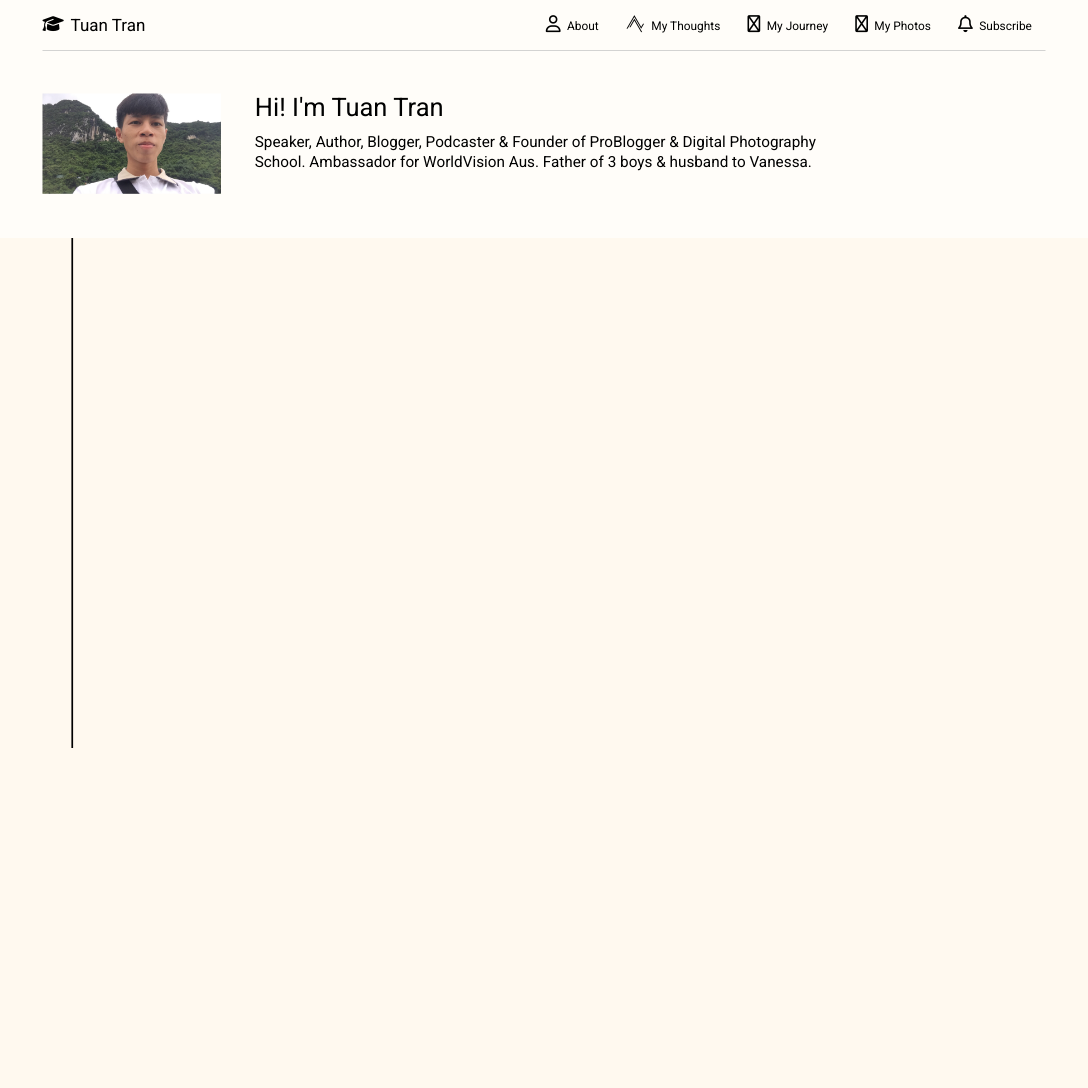
Repository: TranDinhTuann/Blog-Demo
Page: index.html
These files come from the project's save history. The page is drawn as it stood at one moment and after the next save; the edit follows.
The browser window is 1280 px wide. The pictures show the whole page, at 85% of full size.

Above is the page before, as saved 2023-03-22 20:12:36.

### index.html
<!DOCTYPE html>
<html lang="en">
<head>
    <meta charset="UTF-8">
    <meta http-equiv="X-UA-Compatible" content="IE=edge">
    <meta name="viewport" content="width=device-width, initial-scale=1.0">
    <title>Blog của Tuấn</title>
    <link rel="stylesheet" href="./assets/css/base.css">
    <link rel="stylesheet" href="./assets/css/main.css">
    <link rel="stylesheet" href="https://cdnjs.cloudflare.com/ajax/libs/normalize/8.0.1/normalize.min.css">
    <link rel="stylesheet" href="./assets/fonts/fontawesome-free-6.2.1-web/css/all.min.css">
    <link rel="preconnect" href="https://fonts.googleapis.com"><link rel="preconnect" href="https://fonts.gstatic.com" crossorigin><link href="https://fonts.googleapis.com/css2?family=Roboto:wght@300;400;500;700&display=swap" rel="stylesheet">
</head>
<body>
    <div class="app">
        <div class="header">
            <nav class="navbar">
                <a class="navbar__head">
                    <i class="navbar__head-icon fa-solid fa-graduation-cap"></i>
                    <div class="navbar__name">Tuan Tran</div>
                </a>

                <ul class="navbar__list">
                    <li class="navbar__list-item">
                        <a href="" class="navbar__list-item-link">
                            <i class="navbar__list-item-icon fa-regular fa-user"></i>
                            <span class="navbar__list-item-text">About</span>
                        </a>
                    </li>
                    <li class="navbar__list-item">
                        <a href="" class="navbar__list-item-link">
                            <i class="navbar__list-item-icon fa-brands fa-think-peaks"></i>
                            <span class="navbar__list-item-text">My Thoughts</span>
                        </a>
                    </li>
                    <li class="navbar__list-item">
                        <a href="" class="navbar__list-item-link">
                            <i class="navbar__list-item-icon fa-regular fa-location-dot"></i>
                            <span class="navbar__list-item-text">My Journey</span>
                        </a>
                    </li>
                    <li class="navbar__list-item">
                        <a href="" class="navbar__list-item-link">
                            <i class="navbar__list-item-icon fa-sharp fa-regular fa-camera-retro"></i>
                            <span class="navbar__list-item-text">My Photos</span>
                        </a>
                    </li>
                    <li class="navbar__list-item">
                        <a href="" class="navbar__list-item-link">
                            <i class="navbar__list-item-icon fa-regular fa-bell"></i>
                            <span class="navbar__list-item-text">Subscribe</span>
                        </a>
                    </li>
                </ul>
            </nav>

            <div class="intro">
                <div class="intro__img">
                    <img src="./assets/img/logo.JPG" alt="" class="intro__img-image">
                </div>
                <div class="intro__text">
                    <div class="intro__head">Hi! I'm Tuan Tran </div>
                    <div class="intro__des">Speaker, Author, Blogger, Podcaster & Founder of ProBlogger & Digital Photography School. Ambassador for WorldVision Aus. Father of 3 boys & husband to Vanessa.</div>
                </div>
            </div>
        </div>

        <div class="grid">
            <div class="grid1">
                <div class="content">

                </div>

                <div class="sitebar">

                </div>
            </div>
        </div>

        <footer class="footer">

        </footer>
    </div>
</body>
</html>

### assets/css/base.css
:root {
    --white-color: #fff;
    --black-color: #000;
    --text-color: #333;
    --primary-color: #fff9ef;
    --header-primary-color: rgb(255, 253, 249);
}

* {
    box-sizing: inherit;
}

html {
    /* hack */
    font-size: 62.5%;
    line-height: 1.6rem;
    font-family: 'Roboto', sans-serif;
    box-sizing: border-box;
}

@keyframes fadeIn {
    from{
        opacity: 0;
    }
    to{
        opacity: 1;
    }
}

@keyframes growth {
    from{
        transform: calc(0);
    }
    to{
        transform: calc(1);
    }
}

### assets/css/main.css
.app{
    height: 1000px;
    background-color: rgb(255, 253, 249);
}

.header{
    height: 280px;
    margin: 0 50px;
}

.navbar{
    height: 60px;
    border-bottom: 1px solid #ccc;
    display: flex;
    align-items: center;
    justify-content: space-between;
}

.navbar__head-icon {
    font-size: 2rem;
    margin-right: 8px;
}

.navbar__name {
    font-size: 2rem;

}

.navbar__head {
    display: flex;
}

.navbar__head:hover {
    cursor: pointer;
    opacity: 0.5;
}

.navbar__list {
    display: flex;
    list-style: none;
    font-size: 1.4rem;
}

.navbar__list-item {
    padding: 0 16px;
    line-height: 60px;
}

.navbar__list-item:hover {
    cursor: pointer;
    opacity: 0.5;
}

.navbar__list-item-link {
    color: #000;
    text-decoration: none;
}

.navbar__list-item-icon{
    font-size: 2rem;
    padding-right: 4px;
}


.intro {
    display: flex;
    margin-top: 50px;
}

.intro__img {
    width: 30%;
    height: 50px;
}

.intro__img-image {
    width: 100%;
    background-size:cover;
}

.intro__text{
    padding-left: 40px;
}

.intro__head {
    font-size: 3rem;
}

.intro__des {
    font-size: 1.8rem;
    padding: 10px 250px 0 0;
    line-height: 2.4rem;
}


/* Grid */
.grid {
    background-color: rgb(255, 249, 239);
    height: 1000px;
    display: flex;
}
.grid1  {
    margin: 0 84px;
    align-items: center;
}
.content {
    /* width: 60%; */
    border: 1px solid #000;
    height: 600px;
    flex: 2;
}
.sitebar {
    /* width: 40%; */
    flex: 1;
}

Loaded but not shown: assets/fonts/fontawesome-free-6.2.1-web/css/all.min.css (library)

After the next save:
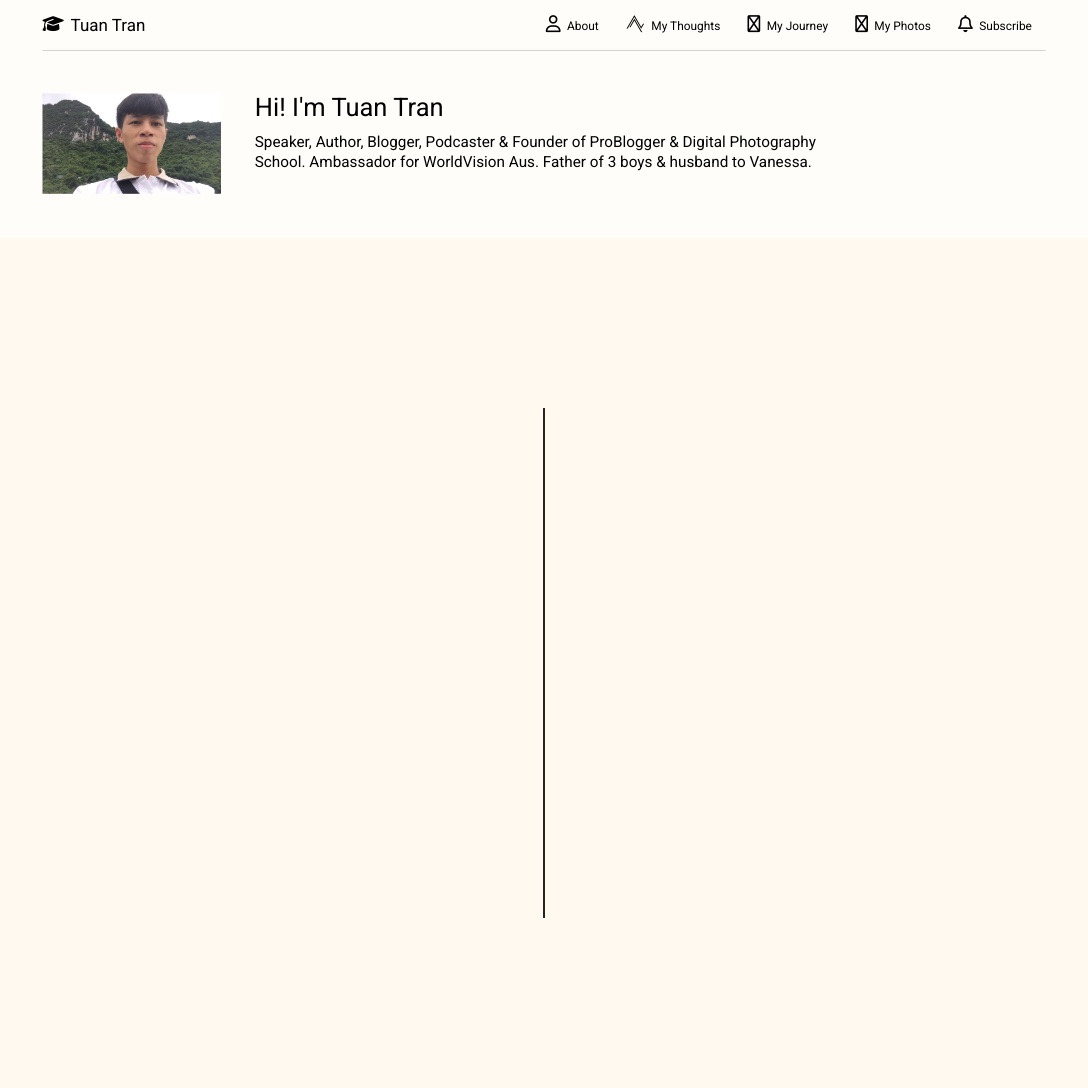
Saved 33 s later.
--- a/assets/css/main.css
+++ b/assets/css/main.css
@@ -99,8 +99,7 @@
     display: flex;
 }
 .grid1  {
-    margin: 0 84px;
-    align-items: center;
+    margin: auto;
 }
 .content {
     /* width: 60%; */
